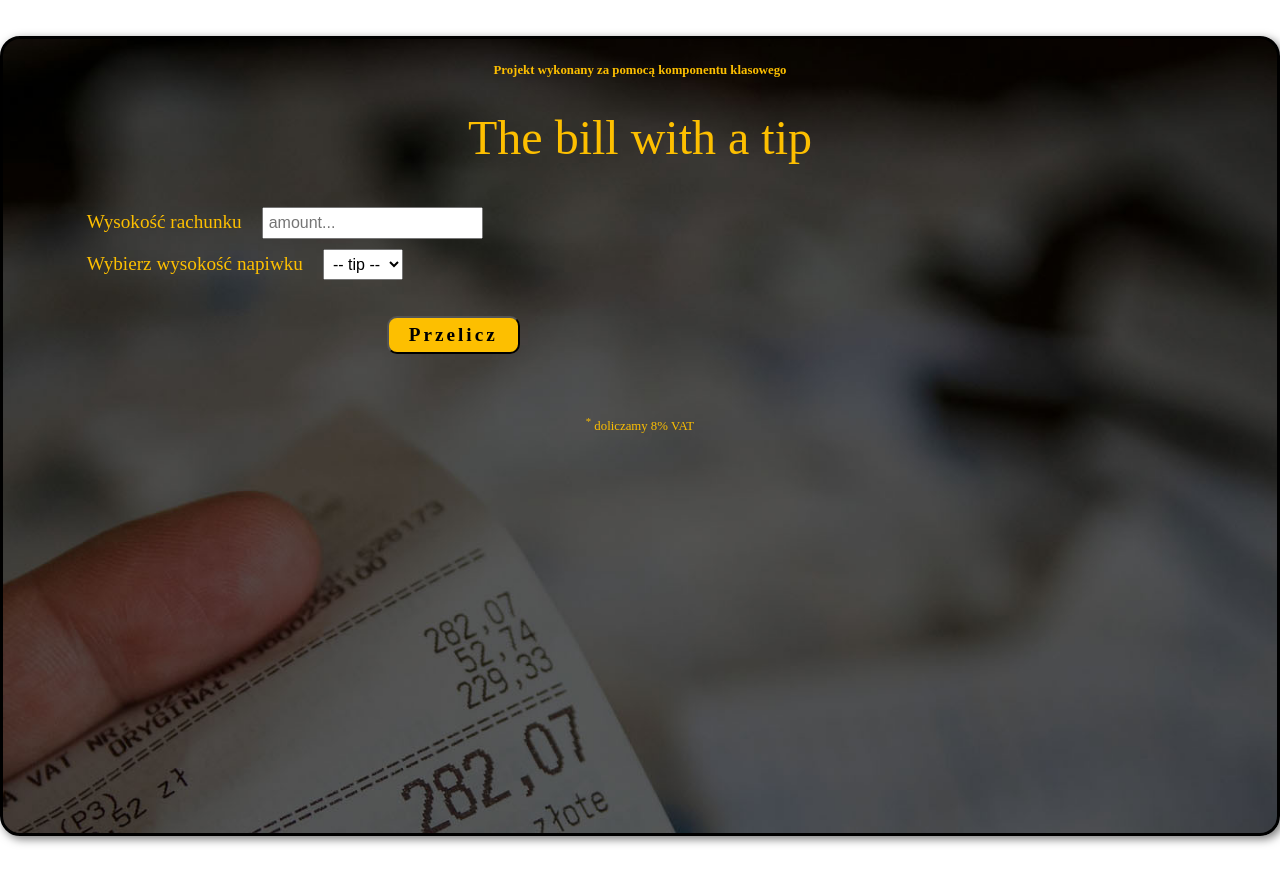
Repository: KrzysKolo/sr_tydzien4_zad1
Page: /
These files come from the project's save history. The page is drawn as it stood at one moment and after the next save; the edit follows.
The browser window is 1280 px wide. The pictures show the whole page.
Some web fonts or font styles are not loaded; a fallback is used. The project was rebuilt for these pictures with package versions that can differ from the ones it lists, and the page was loaded fresh each time. Also part of the build but not shown: src/components/ParagrapfCard.js.

Above is the page before, as saved 2020-11-06 15:06:27.

After the next save:
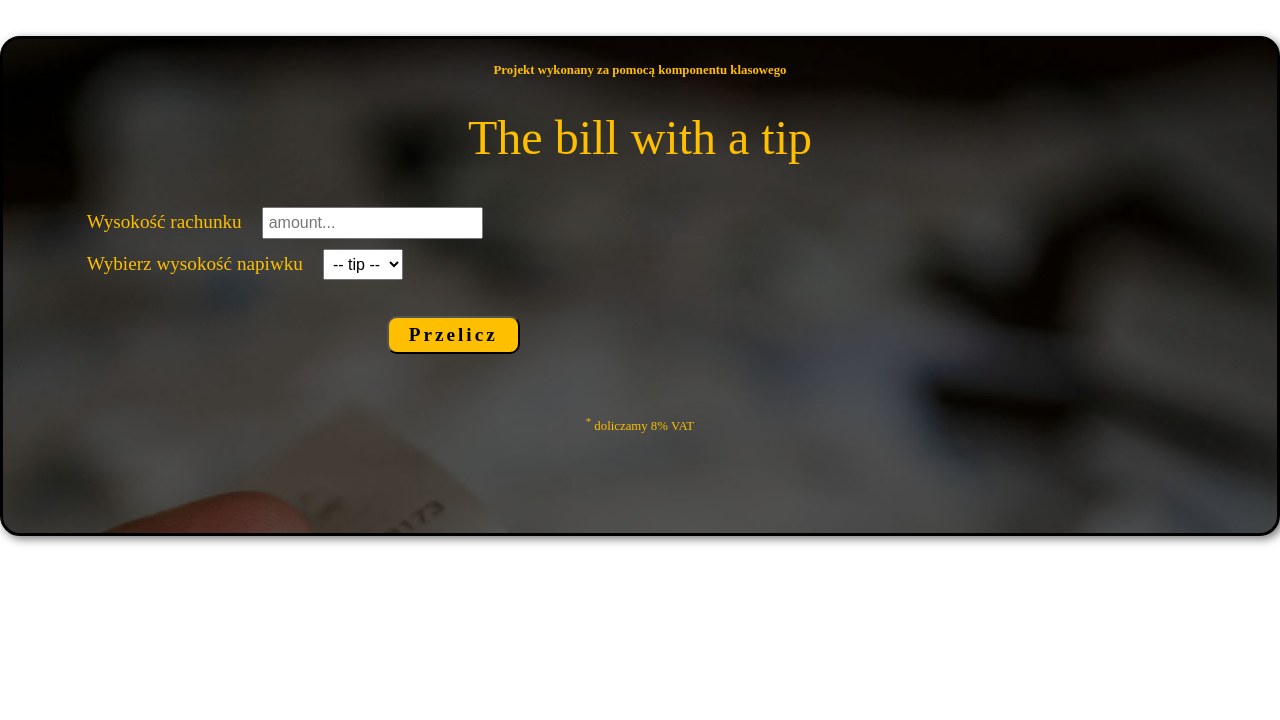
Saved 21 s later.
--- a/src/components/BillCard.css
+++ b/src/components/BillCard.css
@@ -1,6 +1,6 @@
 .billCard__wrapper {
-  min-width: 600px;
-  min-height: 800px;
+  min-width: 300px;
+  min-height: 500px;
   background: url("./../image/bill.jpg");
   background-size: cover;
   border: 3px solid black;
